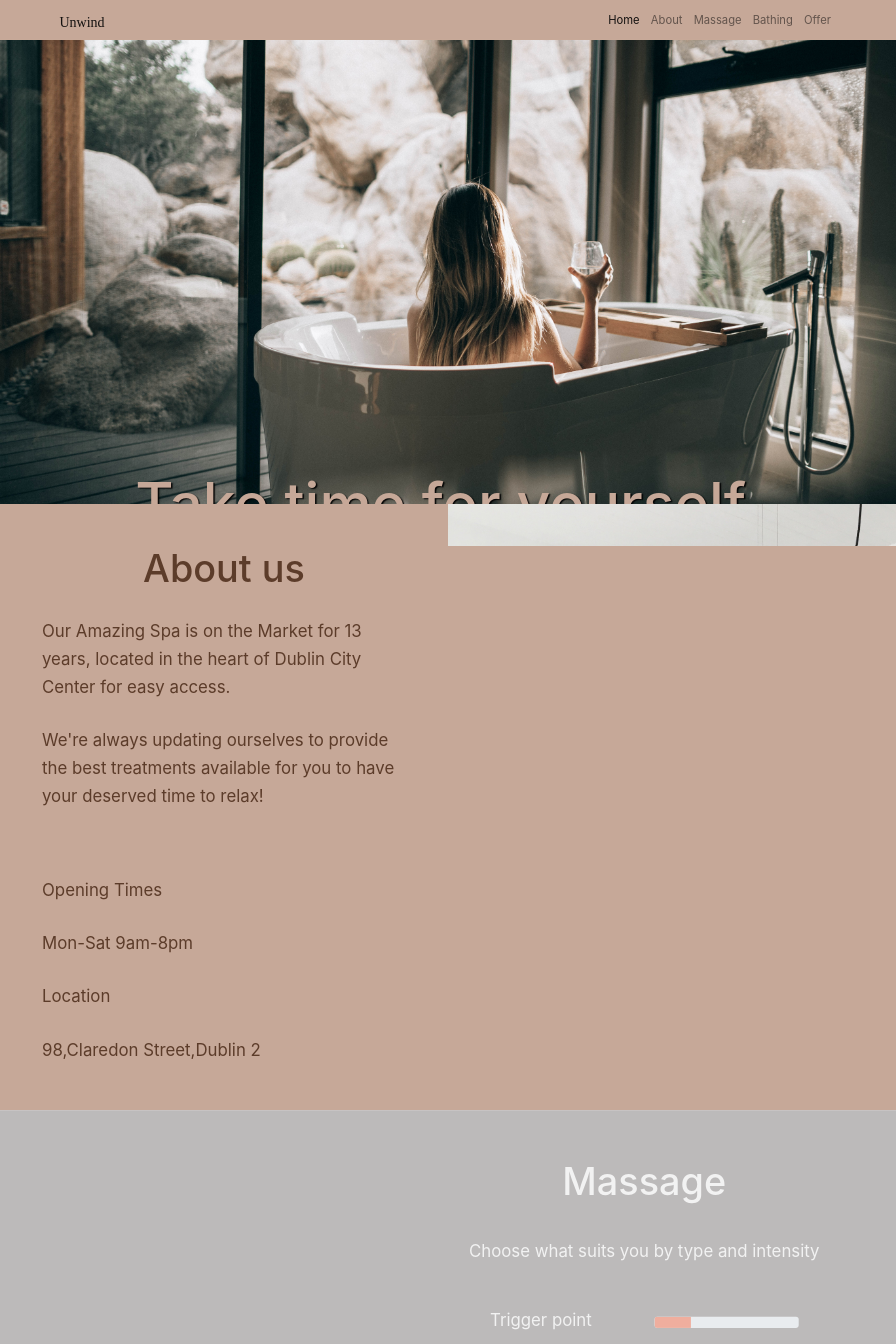
Repository: Code-Institute-Submissions/spa-website
Page: index.html
The author's editor kept a record of every edit. The page is drawn from the files as they stood at one moment, then again after the next edit.
The browser window is 1280 px wide. The pictures show the part of the page from y = 0 to 1920 px (the page is 5202 px tall), at 70% of full size.
An inner scrolling area shows only its first screen. Backgrounds fixed to the window are drawn as part of the page. Some web libraries are served in a nearby version.

Above is the page before.

After the next edit:
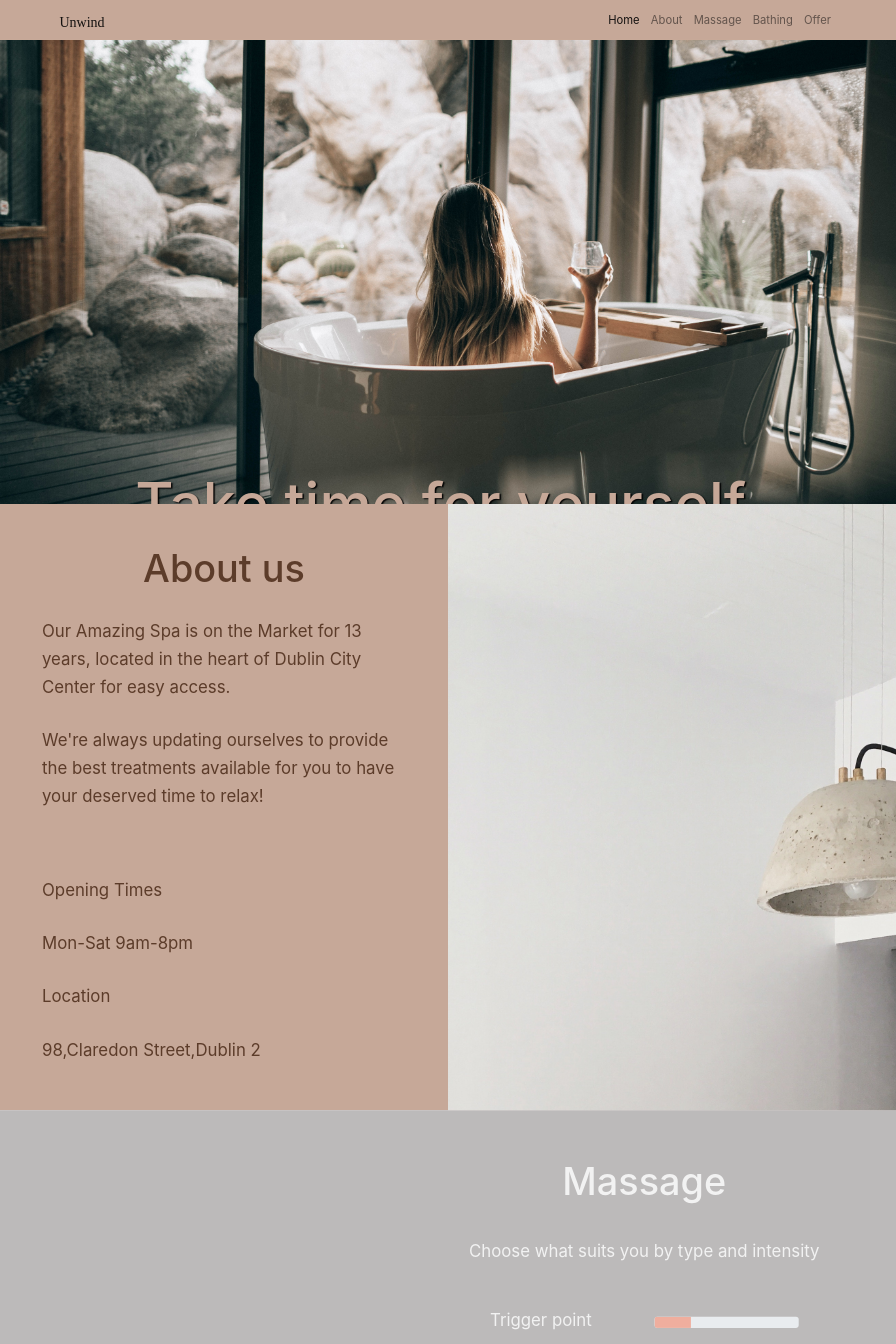
The edit:
--- a/index.html
+++ b/index.html
@@ -89,8 +89,8 @@
           </div>
         </div>
       </div>
-      <div class="col-12 col-md-6 order-0 order-md-1">
-        <div id="about"></div>
+      <div class="col-12 col-md-6 order-0 order-md-1" id="about">
+
       </div>
     </div>
 
